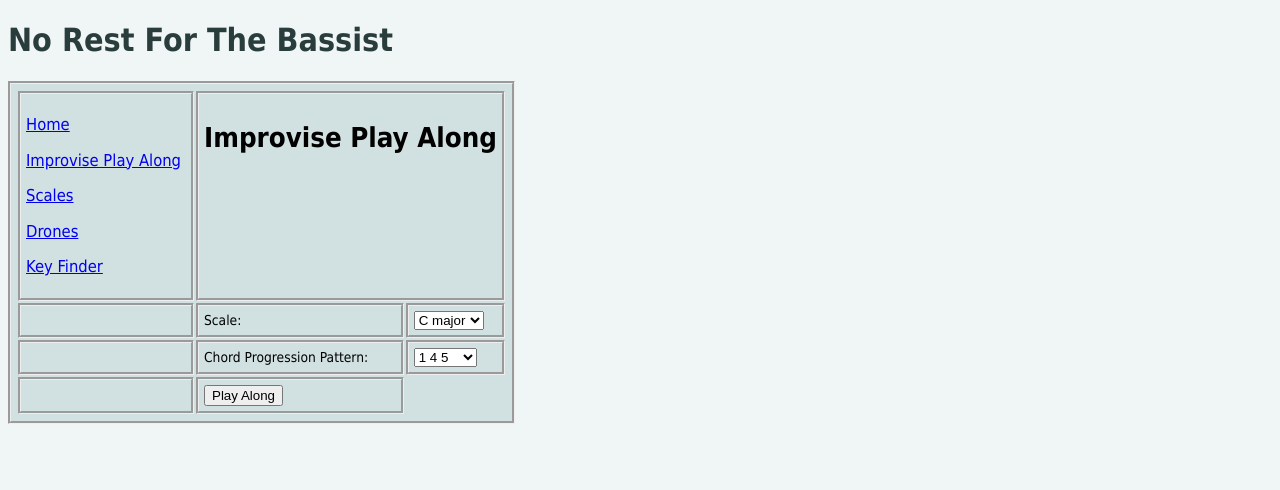
Repository: jenboyle/norestforthebassist
Page: http://localhost/norestforthebassist/improvise.jsp
These files come from the project's save history. The page is drawn as it stood at one moment and after the next save; the edit follows.
The browser window is 1280 px wide. The pictures show the whole page.
The page is served by Tomcat 9. Other server files are loaded and not shown.

Above is the page before, as saved 2021-04-28 22:06:45.

### norestforthebassist/src/main/webapp/improvise.jsp
<%@ page language="java" contentType="text/html; charset=UTF-8"
    pageEncoding="UTF-8"%>
<!DOCTYPE html>
<html>
<head>
<meta charset="UTF-8">
<link href="resources/css/main.css" rel="stylesheet">
<title>No Rest For The Bassist</title>
</head>
<body>
<form action="playalong.jsp">
  <input type="hidden" name="scalename" value="cmajor" />
  <input type="hidden" name="title" value="C Major Scale" />
  <input type="hidden" name="id" value="1" />
    <h1>No Rest For The Bassist</h1>
    <table>
        <tr>
            <td style = "width: 160px;">
                <jsp:include page="sidebar.html" flush="true"/>
            </td>
            <td style = "vertical-align: top" colspan="2">
                <h2>Improvise Play Along</h2>
            </td>
            </tr>
            <tr>
                <td/>
                <td>Scale:</td>
                <td>
                <select name="improvise_scale" id="improvise_scale">
                    <option value="Cmajor" selected>C major</option>
  					<option value="Dmajor">D major</option>
  					<option value="Emajor">E major</option>
  					<option value="Fmajor">F major</option>
  					<option value="Gmajor">G major</option>
  					<option value="Amajor">A major</option>
  					<option value="Bmajor">B major</option>
				</select>
				</td>
			</tr>
			<tr>
			    <td/>
			    <td>Chord Progression Pattern:</td>
				<td>
				<select name="improvise_pattern" id="improvise_pattern">
                    <option value="1|4|5" selected>1 4 5</option>
  					<option value="1|5|6|4">1 5 6 4</option>
  					<option value="2|5|1">2 5 1</option>
				</select>
            </td>
        </tr>
        <tr>
        <td/>
        <td>
          <input type = "submit" value = "Play Along" />
        </td>
        </tr>
    </table>
    </form>
</body>
</html>

### norestforthebassist/src/main/webapp/sidebar.html
<p><a href="http://localhost:8080/norestforthebassist/index.jsp">Home</a></p>
<p><a href="http://localhost:8080/norestforthebassist/improvise.jsp">Improvise Play Along</a></p>
<p><a href="http://localhost:8080/norestforthebassist/scales.jsp">Scales</a></p>
<p><a href="http://localhost:8080/norestforthebassist/drones.jsp">Drones</a></p>
<p><a href="http://localhost:8080/norestforthebassist/keyfinder.jsp">Key Finder</a></p>

### norestforthebassist/src/main/webapp/resources/css/main.css
@charset "UTF-8";
body
{
    font-family: tahoma, helvetica, arial, sans-serif;
    background-color: #f0f5f5;
}
table, tr, td
{
    font-size: .95em;
    border: 3px groove;
    padding: 5px;
    background-color: #d1e0e0;
}
h1
{
	color: #293d3d;
}
h2
{
	font-size: 2em;
	text-align: center;
}
p
{
	font-size: 1.2em;
}
.tdbold {
	font-weight: bold;
}
.imgscalebassscore {
  width:100%;
  opacity: 0.5;
}
.scalebassscore {
  text-align: center;
  position: relative;
}

.text {
  position: absolute;
  top: 50%;
  left: 50%;
  transform: translate(-50%, -50%);
}

.left_arrow {
	padding: 5px;
}

.right_arrow {
	padding: 5px;
}

.scalebassscore .e_string_position_1 {
	position: absolute;
    bottom: 16px;
    left: 60px;
}

.scalebassscore .e_string_position_2 {
	position: absolute;
    bottom: 16px;
    left: 100px;
}

.scalebassscore .e_string_position_3 {
	position: absolute;
    bottom: 16px;
    left: 140px;
}

.scalebassscore .a_string_position_1 {
	position: absolute;
    bottom: 41px;
    left: 60px;
}

.scalebassscore .a_string_position_2 {
	position: absolute;
    bottom: 41px;
    left: 100px;
}

.scalebassscore .a_string_position_3 {
	position: absolute;
    bottom: 41px;
    left: 140px;
}

.scalebassscore .a_string_position_4 {
	position: absolute;
    bottom: 41px;
    left: 180px;
}

.scalebassscore .a_string_position_5 {
	position: absolute;
    bottom: 41px;
    left: 220px;
}

.scalebassscore .a_string_position_6 {
	position: absolute;
    bottom: 41px;
    left: 260px;
}

.scalebassscore .d_string_position_1 {
  position: absolute;
  top: 32px;
  left: 60px;
}

.scalebassscore .d_string_position_2 {
  position: absolute;
  top: 32px;
  left: 100px;
}

.scalebassscore .d_string_position_3 {
  position: absolute;
  top: 32px;
  left: 140px;
}

.scalebassscore .d_string_position_4 {
  position: absolute;
  top: 32px;
  left: 180px;
}

.scalebassscore .d_string_position_5 {
  position: absolute;
  top: 32px;
  left: 220px;
}

.scalebassscore .d_string_position_6 {
  position: absolute;
  top: 32px;
  left: 260px;
}

.scalebassscore .d_string_position_7 {
  position: absolute;
  top: 32px;
  left: 300px;
}

.scalebassscore .d_string_position_8 {
  position: absolute;
  top: 32px;
  left: 340px;
}

.scalebassscore .g_string_position_1 {
  position: absolute;
  top: 7px;
  left: 60px;
}

.scalebassscore .g_string_position_2 {
  position: absolute;
  top: 7px;
  left: 100px;
}

.scalebassscore .g_string_position_3 {
  position: absolute;
  top: 7px;
  left: 140px;
}

.scalebassscore .g_string_position_4 {
  position: absolute;
  top: 7px;
  left: 180px;
}

.scalebassscore .g_string_position_5 {
  position: absolute;
  top: 7px;
  left: 220px;
}

.scalebassscore .g_string_position_6 {
  position: absolute;
  top: 7px;
  left: 260px;
}

.scalebassscore .g_string_position_7 {
  position: absolute;
  top: 7px;
  left: 300px;
}

.scalebassscore .g_string_position_8 {
  position: absolute;
  top: 7px;
  left: 340px;
}

.scalebassscore .another {
  position: absolute;
  bottom: 34px;
  right: 140px;
}

/* Bottom left text */
.bottom-left {
  position: absolute;
  bottom: 8px;
  left: 16px;
}

/* Top left text */
.top-left {
  position: absolute;
  top: 8px;
  left: 16px;
}

/* Top right text */
.top-right {
  position: absolute;
  top: 8px;
  right: 16px;
}

/* Bottom right text */
.bottom-right {
  position: absolute;
  bottom: 8px;
  right: 16px;
}

/* Centered text */
.centered {
  position: absolute;
  top: 50%;
  left: 50%;
  transform: translate(-50%, -50%);
}

After the next save:
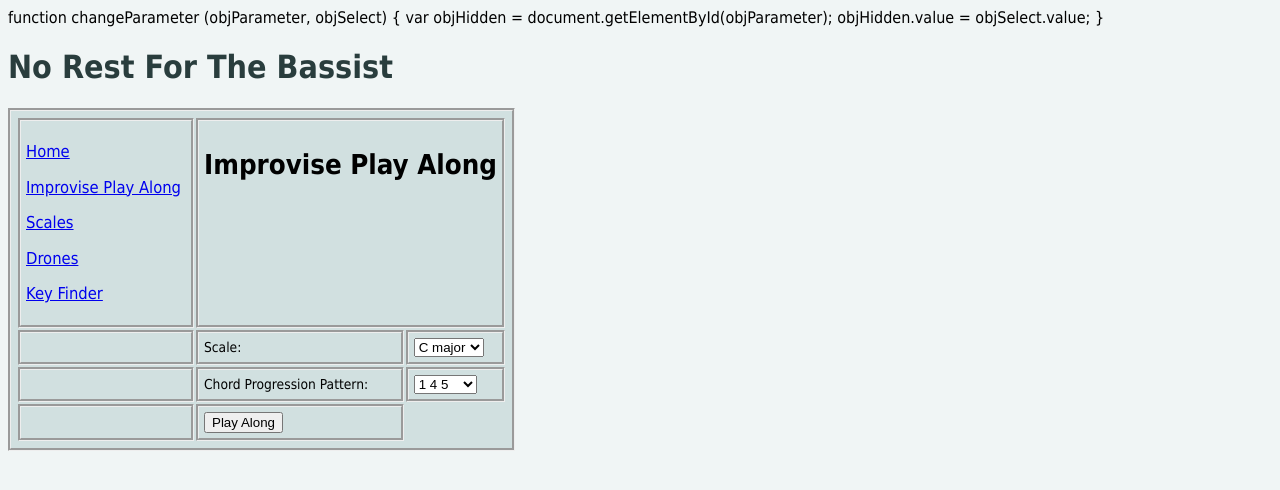
Saved 13 min 12 s later.
--- a/norestforthebassist/src/main/webapp/improvise.jsp
+++ b/norestforthebassist/src/main/webapp/improvise.jsp
@@ -12,6 +12,11 @@
   <input type="hidden" name="scalename" value="cmajor" />
   <input type="hidden" name="title" value="C Major Scale" />
   <input type="hidden" name="id" value="1" />
+  function changeParameter (objParameter, objSelect)
+    {
+        var objHidden = document.getElementById(objParameter);
+        objHidden.value = objSelect.value;
+    }
     <h1>No Rest For The Bassist</h1>
     <table>
         <tr>
@@ -26,14 +31,14 @@
                 <td/>
                 <td>Scale:</td>
                 <td>
-                <select name="improvise_scale" id="improvise_scale">
-                    <option value="Cmajor" selected>C major</option>
-  					<option value="Dmajor">D major</option>
-  					<option value="Emajor">E major</option>
-  					<option value="Fmajor">F major</option>
-  					<option value="Gmajor">G major</option>
-  					<option value="Amajor">A major</option>
-  					<option value="Bmajor">B major</option>
+                <select name="improvise_scale" id="improvise_scale" onchange="changeParameter(scalename, this)">
+                    <option value="cmajor" selected>C major</option>
+  					<option value="dmajor">D major</option>
+  					<option value="emajor">E major</option>
+  					<option value="fmajor">F major</option>
+  					<option value="gmajor">G major</option>
+  					<option value="amajor">A major</option>
+  					<option value="bmajor">B major</option>
 				</select>
 				</td>
 			</tr>
